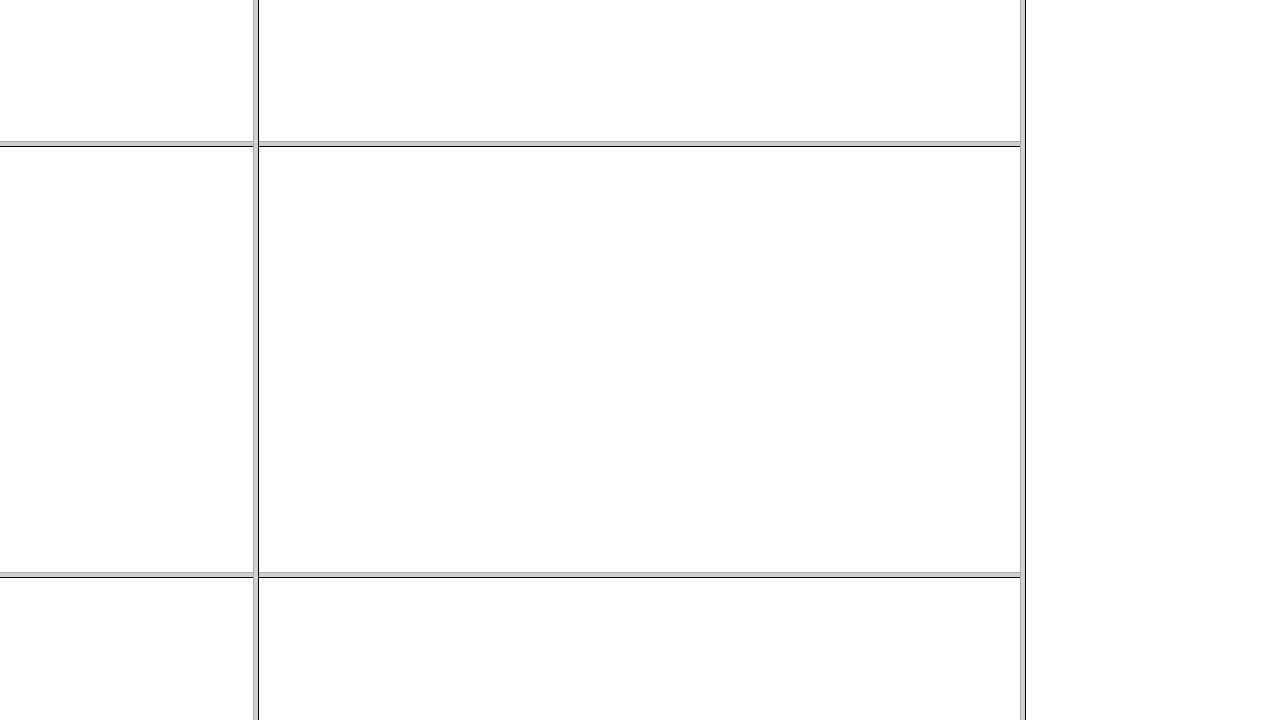
Repository: paul2oh/hellowjava
Page: workspace/javastart_svn/src/javastart/WebContent/clientPrg/a01_html/a05_test1.html
The author's editor kept a copy of each file at every save. The page is drawn from the files as they stood at one save, then again after the next save.
The browser window is 1280 px wide. The pictures show the whole page.

Above is the page before, as saved 2017-01-03 10:04:42.

### workspace/javastart_svn/src/javastart/WebContent/clientPrg/a01_html/a05_test1.html
<!DOCTYPE html>
<html>
<head>
<meta charset="EUC-KR">
<title>Insert title here</title>
</head>

<!-- 1번 -->
<!-- <frameset cols="80%,20%"> -->
<!-- 	<frameset rows="30%,30%,30%"> -->
<!-- 		<frame /> -->
<!-- 		<frame /> -->
<!-- 		<frame /> -->
<!-- 	</frameset> -->
<!-- </frameset> -->

<!-- 2번 -->
<!-- <frameset rows="20%,60%,20%"> -->
<!-- 	<frame /> -->
<!-- 	<frameset cols="20%,60%,20%"> -->
<!-- 		<frame /> -->
<!-- 		<frame /> -->
<!-- 		<frame /> -->
<!-- 	</frameset> -->
<!-- 	<frame /> -->
<!-- </frameset> -->

<!-- 3번 -->
<frameset cols="20%,60%,20%">
<frameset rows="20%,60%,20%">
<frame />
<frame />
<frame />

</frameset>
<frameset rows="20%,60%,20%">
<frame />
<frame />
<frame />
</frameset>
</frameset>


</html>

After the next save:
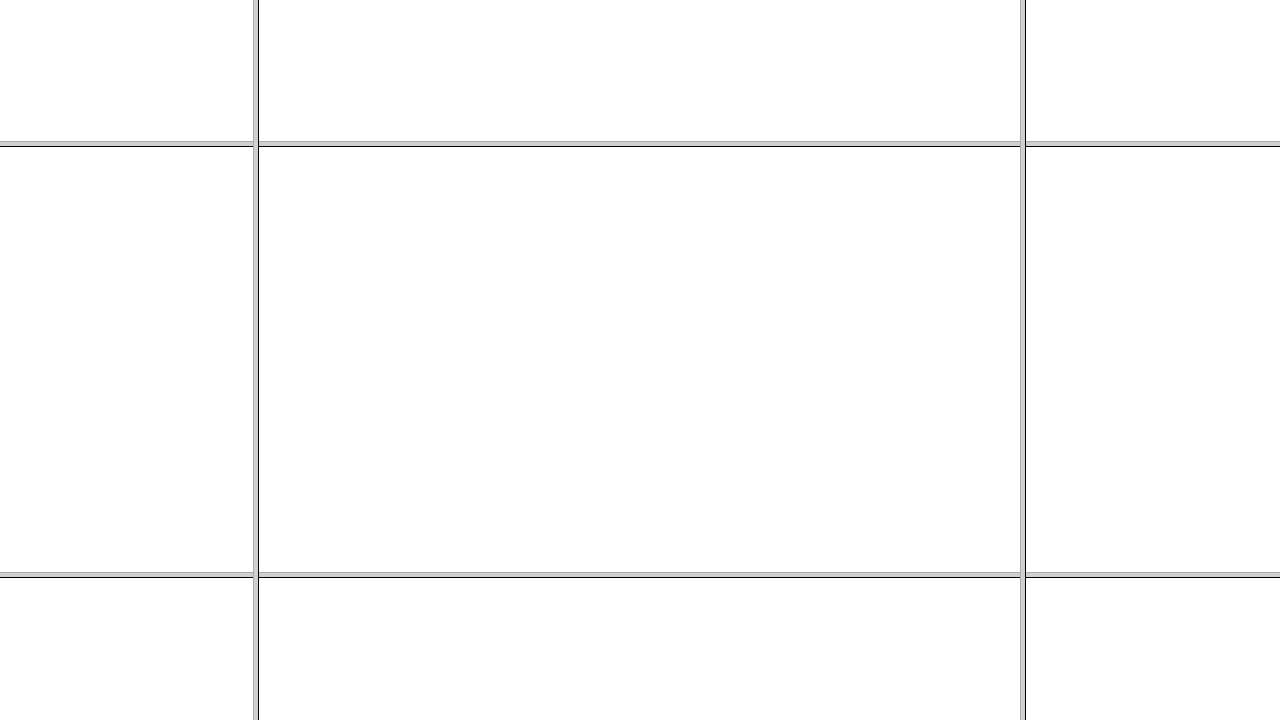
Saved 13 s later.
--- a/workspace/javastart_svn/src/javastart/WebContent/clientPrg/a01_html/a05_test1.html
+++ b/workspace/javastart_svn/src/javastart/WebContent/clientPrg/a01_html/a05_test1.html
@@ -38,6 +38,12 @@
 <frame />
 <frame />
 </frameset>
+<frameset rows="20%,60%,20%">
+<frame />
+<frame />
+<frame />
+</frameset>
+
 </frameset>
 
 
